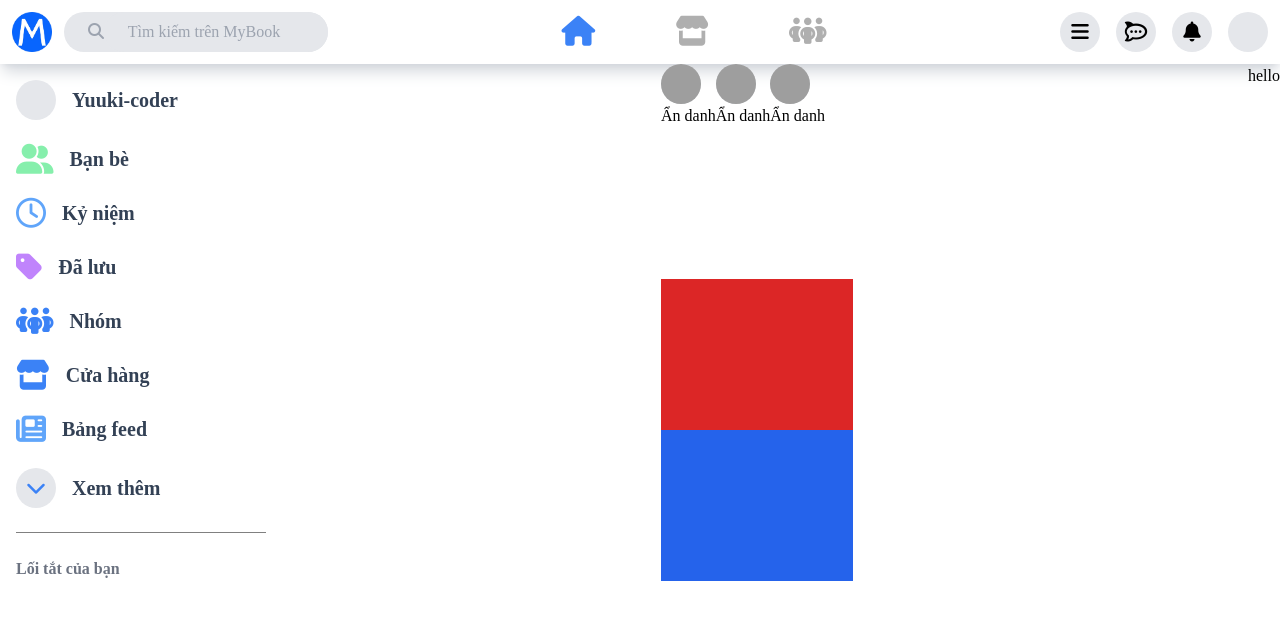
Repository: Yuukicoder/MyBook
Page: / (app in mybook/)
An editor plug-in stored every save of this project. The page is shown before and after the next save, followed by the edit.
The browser window is 1280 px wide. The pictures show the whole page.
Pictures or frames that could not be fetched are drawn as grey boxes. The project was rebuilt for these pictures with package versions that can differ from the ones it lists, and the page was loaded fresh each time.

Above is the page before, as saved 2023-12-14 09:32:48.

### mybook/src/index.js
import React from 'react';
import ReactDOM from 'react-dom/client';
import './index.css';
import App from './App';
import reportWebVitals from './reportWebVitals';

const root = ReactDOM.createRoot(document.getElementById('root'));
root.render(
  <React.StrictMode >
  <App / >
  </React.StrictMode>
);

// If you want to start measuring performance in your app, pass a function
// to log results (for example: reportWebVitals(console.log))
// or send to an analytics endpoint. Learn more: https://bit.ly/CRA-vitals
reportWebVitals();

### mybook/src/index.css
@tailwind base;
@tailwind components;
@tailwind utilities;
  @import url('https://fonts.googleapis.com/css2?family=Arima:wght@100;200;300;400;500;700&display=swap');
*{
  margin: 0;
  padding: 0;
  box-sizing: border-box;
  font-family: Arima;
  /* border: 1px solid black; */
}
body{
  width: 100%;
  height: 100vh;
}

### mybook/src/App.js
import './App.css';
import '@fortawesome/fontawesome-free/css/all.min.css';
import Navbar from './Navbar'
import Option from './Option'
import News from './News';
import Friend_contact from './Friend_contact';
 var App = () =>
(
    <div class="">
        <Navbar/>
        <div class="flex justify-between">
        <Option name="Yuuki-coder"/>
        <News/>
        <Friend_contact/>
        </div>

    </div>
)

export default App;

### mybook/src/App.css
:root{
  --text-color: rgb(175, 175, 175);
  --bg-icon-color: #e5e7eb;
}
.avatar{
  width: 40px;
  height: 40px;
  background-color: var(--bg-icon-color);
  border-radius: 50%;
  display: flex;
  align-items: center;
  justify-content: center;
}

### mybook/src/Navbar.js
import './Navbar.css'
import '@fortawesome/fontawesome-free/css/all.min.css';

var Navbar = () =>(


    <div class="flex items-center justify-between  w-screen py-3 px-3  shadow-lg shadow-gray-300">
        <div class="flex">

    <div class="Navbar_icon pr-3">
        <img class="w-10 h-10" src='iconMyBook.png' alt=""></img>
    </div>
    <div class="Navbar_search h-10 bg-gray-200 rounded-3xl">
        <label class=" text-center h-full pl-6"for="">
    <i class="fa-solid fa-magnifying-glass text-gray-400" ></i>
        </label>

        <input class="rounded-3xl text-center h-full pr-6 bg-gray-200" type="text" placeholder="Tìm kiếm trên MyBook"></input>
        </div>

    </div>
    <div class="  Navbar_selection">
        <ul class="flex gap-20">
            <li>
            <i class="fa-solid fa-house text-blue-500"></i>
            </li>
            <li>
            <i class="fa-solid fa-store"></i>
            </li>
            <li> <i class="fa-solid fa-people-group"></i></li>
        </ul>
    </div>
    <div class="Navbar_option">
        <ul class="flex gap-4 items-center">
            <li>
            <div class="avatar">

                <i class="fa-solid fa-bars"></i>
            </div>
                </li>
            <li>
            <div class="avatar">

                <i class="fa-brands fa-rocketchat"></i>
            </div>
                </li>
            <li>
            <div class="avatar">

                <i class="fa-solid fa-bell"></i>
            </div>
                </li>
            <li><div class="avatar"></div></li>
        </ul>
    </div>
    </div>
)
export default Navbar;

### mybook/src/Option.js
import './Option.css'
// var ButtonCollapse = () =>{

//     var collapse = document.getElementById('collapse');
// }


var Option = (x) => {
    function sayHello(name) {
        alert(`hello, ${name}`);
      }

    return (
    <div class="mt-4 ml-4  grid gap-6">

    <div class="flex gap-4 items-center box ">
        <div class="avatar">
        </div>
        <p class="font-semibold text-xl text-slate-700">{x.name}</p>

    </div>
    <div class="flex gap-4 items-center box">
    <i class="fa-solid fa-user-group text-green-300"></i>
        <p class="font-semibold text-xl text-slate-700">Bạn bè</p>

    </div>
    <div class="flex gap-4 items-center box ">
    <i class="fa-regular fa-clock text-blue-400"></i>
        <p class="font-semibold text-xl text-slate-700">Kỷ niệm</p>

    </div>
    <div class="flex gap-4 items-center box ">
    <i class="fa-solid fa-tag text-purple-400"></i>
        <p class="font-semibold text-xl text-slate-700">Đã lưu</p>

    </div>
    <div class="flex gap-4 items-center box ">
    <i class="fa-solid fa-people-group text-blue-500"></i>
        <p class="font-semibold text-xl text-slate-700">Nhóm</p>

    </div>
    <div class="flex gap-4 items-center box ">
    <i class="fa-solid fa-store text-blue-500"></i>
        <p class="font-semibold text-xl text-slate-700">Cửa hàng</p>

    </div>
    <div class="flex gap-4 items-center box ">
        <i class="fa-solid fa-newspaper text-blue-400"></i>
        <p class="font-semibold text-xl text-slate-700">Bảng feed</p>

    </div>
    <div class="flex gap-4 items-center box " >
        <div class="avatar">
    <i class="fa-solid fa-chevron-down text-blue-500 "></i>
        </div>
        <button class="font-semibold text-xl text-slate-700" onclick={sayHello}>Xem thêm</button>

    </div>
    <div class="line"></div>
    <p class="text-base font-semibold text-gray-500">Lối tắt của bạn</p>
    </div>
)}
export default Option

### mybook/src/News.js
var Story_Page = (x) => (
    <div class="">
        <div class="avatar">
            <img class=" h-full w-full rounded-full"
            src={x.avatar||"https://news.khangz.com/wp-content/uploads/2018/10/che-do-an-danh-chrome-1.png"} alt=""></img>
            </div>
        <div class="author ">{x.author||"Ẩn danh"}</div>
    </div>
    )
var News = () =>(
    <div class="grid">
        <div class="News_Story ">
            <div class="Story_Page w-48 flex">
                <Story_Page></Story_Page>
                <Story_Page></Story_Page>
                <Story_Page></Story_Page>
            </div>
        </div>
        <div class="News_Tools bg-red-600"></div>
        <div class="News_Page bg-blue-600"></div>
    </div>

)
export default News;

### mybook/src/Friend_contact.js
var Friend_contact = () =>(
    <p>hello</p>
)
export default Friend_contact;

### mybook/src/Navbar.css
:root{
    --text-color: rgb(175, 175, 175);
    --bg-icon-color: #e5e7eb;
  }
  ul i{
  color: var(--text-color);
  font-size: 30px;
  }

  .Navbar_option ul li i{
    color: black;
  font-size: 20px;

  }

### mybook/src/Option.css

.box i{
    font-size: 30px;
}
.line{
    width: 250px;
    height: 1px;
    background-color: grey;
}
.avatar i{
    font-size: 20px;
}

### mybook/tailwind.config.js
/** @type {import('tailwindcss').Config} */
module.exports = {
  content: [
    "./src/**/*.{js,jsx,ts,tsx}",
  ],
  theme: {
    extend: {},
    color:{
      'text-grey':'#9ca9c9'
    }
  },
  plugins: [],
}

Loaded but not shown: mybook/public/index.html (common file); mybook/src/reportWebVitals.js (common file)

After the next save:
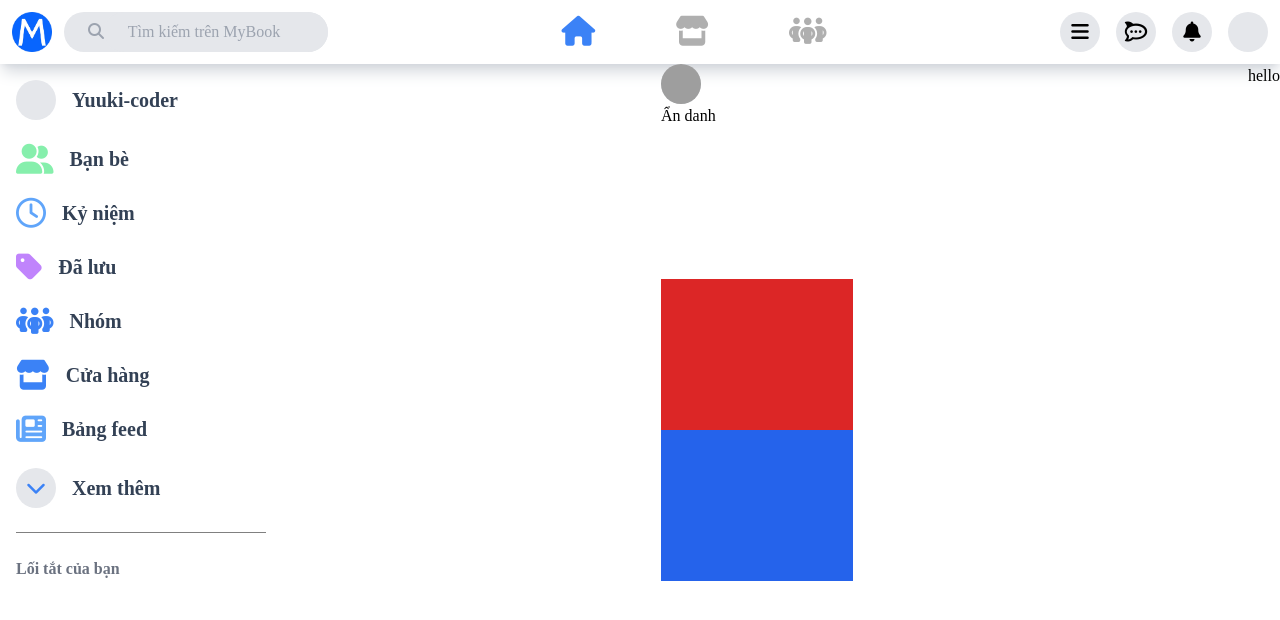
Saved 12 s later.
--- a/mybook/src/News.js
+++ b/mybook/src/News.js
@@ -10,10 +10,10 @@ var Story_Page = (x) => (
 var News = () =>(
     <div class="grid">
         <div class="News_Story ">
-            <div class="Story_Page w-48 flex">
+            <div class="Story_Page w-48 flex ">
                 <Story_Page></Story_Page>
-                <Story_Page></Story_Page>
-                <Story_Page></Story_Page>
+                {/* <Story_Page></Story_Page>
+                <Story_Page></Story_Page> */}
             </div>
         </div>
         <div class="News_Tools bg-red-600"></div>
